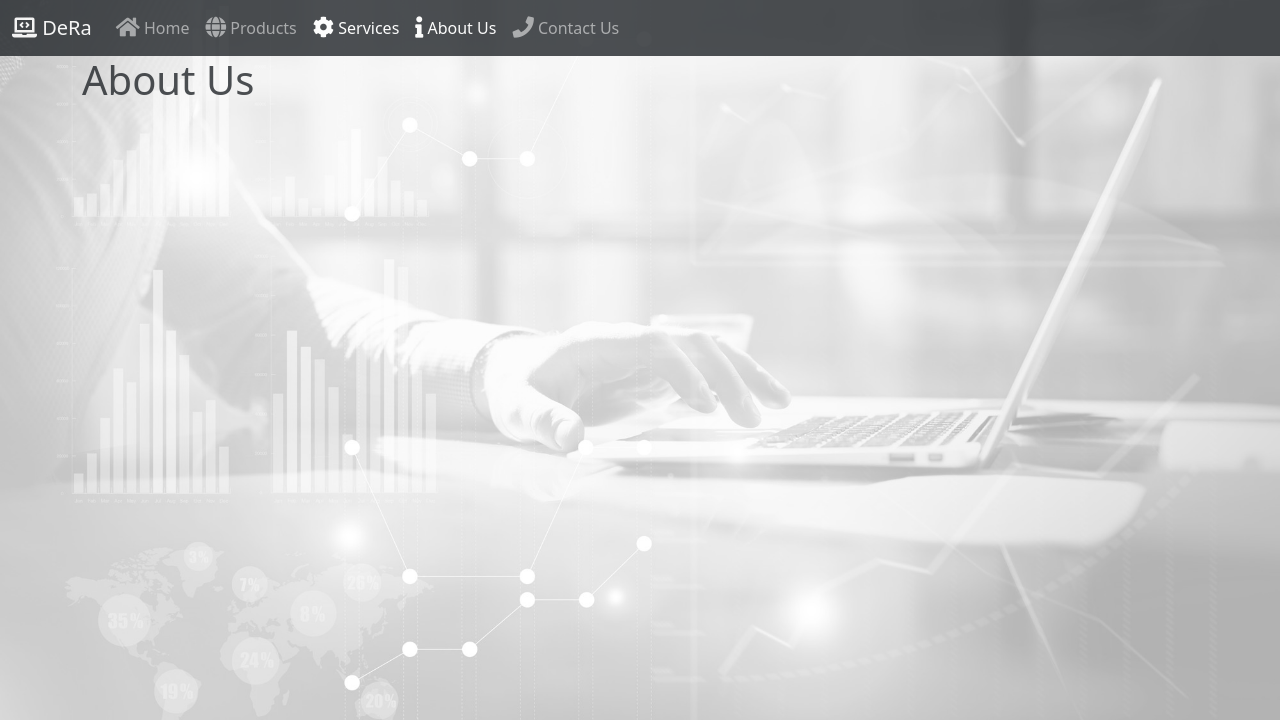
Repository: deividwsantoss/web6201-Lab1
Page: about.html
An editor plug-in stored every save of this project. The page is shown before and after the next save, followed by the edit.
The browser window is 1280 px wide. The pictures show the whole page.

Above is the page before, as saved 2021-02-02 23:15:17.
Console error: TypeError: Cannot set properties of null (setting 'textContent')

### about.html
<!DOCTYPE html>
<html lang="en">
<head>
    <meta charset="UTF-8">
    <meta name="viewport" content="width=device-width, initial-scale=1.0">
    <title>About</title>
</head>
<!-- CSS SECTION-->
<link rel="stylesheet" href="./node_modules/bootstrap/dist/css/bootstrap.min.css">
<link rel="stylesheet" href="./node_modules/@fortawesome/fontawesome-free/css/all.min.css">
<link rel="stylesheet" href="./Content/app.css">

<body class="aboutus">
    <!-- Main Header-->
    <header>
        <nav class="navbar navbar-expand-lg navbar-dark bg-dark">
            <div class="container-fluid">
              <a class="navbar-brand" href="Index.html"><i class="fas fa-laptop-code"></i> DeRa</a>
              <button class="navbar-toggler" type="button" data-bs-toggle="collapse" data-bs-target="#navbarSupportedContent" aria-controls="navbarSupportedContent" aria-expanded="false" aria-label="Toggle navigation">
                <span class="navbar-toggler-icon"></span>
              </button>
              <div class="collapse navbar-collapse" id="navbarSupportedContent">
                <ul class="navbar-nav ml-auto mb-2 mb-lg-0">
                  <li class="nav-item">
                    <a class="nav-link " aria-current="page" href="Index.html"><i class="fas fa-home fa-lg"></i> Home</a>
                  </li>
                  <li class="nav-item">
                    <a class="nav-link" aria-current="page" href="products.html"><i class="fas fa-globe fa-lg"></i> Products</a>
                  </li>
                  <li class="nav-item">
                    <a class="nav-link active" aria-current="page" href="services.html"><i class="fas fa-cog fa-lg"></i> Services</a>
                  </li>
                  <li class="nav-item">
                    <a class="nav-link active" aria-current="page" href="about.html"><i class="fas fa-info fa-lg"></i> About Us</a>
                  </li>
                  <li class="nav-item">
                    <a class="nav-link" aria-current="page" href="contact.html"><i class="fas fa-phone fa-lg"></i> Contact Us</a>
                  </li>

                </ul>

              </div>
            </div>
          </nav>

    </header>


    <!-- Main Content-->
        <main class="container">
            <h1>About Us</h1>
        </main>

    <!--- Script Section-->
    <script src="./node_modules/bootstrap/dist/js/bootstrap.bundle.min.js"></script>
    <script src="./node_modules/jquery/dist/jquery.min.js"></script>
    <script src="./Scripts/app.js"></script>
</body>

</html>

### Content/app.css
/* Custom CSS goes here */
body,html{
    height: 100%;
    margin: 0;
}
.bg{
    background-image: url("Background-White.jpg");
    background-repeat: no-repeat;
    background-size: cover;
    background-position: center;
    opacity: 0.8;
}

.contactimage{
    background-image:url("contactimg.jpg");
    background-repeat: no-repeat;
    background-size: cover;
    background-position: center;
    opacity: 0.8;
}
.productsbg {
    background-image:url("productsbg.jpg");
    background-repeat: no-repeat;
    background-size: cover;
    background-position: center;
    opacity: 0.8;
}

.servicesbackgroud{
    background-image:url("services.jpg");
    background-repeat: no-repeat;
    background-size: cover;
    background-position: center;
    opacity: 0.8;
}
.aboutus{
    background-image:url("bgimage.jpg");
    background-repeat: no-repeat;
    background-size: cover;
    background-position: center;
    opacity: 0.8;
}

h1,p{
    height: 200px;
    position: relative;

}

### Scripts/app.js
/* Custom JavaScript goes here */


"use strict";

(function(){

    function displayHome(){
        let paragraphOneText = "Welcome to DeRa Development Website for WebD6201 \t\ Welcome";
        let paragraphOneElement = document.getElementById("paragraphOne");

        paragraphOneElement.textContent = paragraphOneText;
    }
    function displayAbout(){

    }
    function displayProducts(){

    }
    function displayServices(){

    }
    function displayContact(){

        let messageArea = document.getElementById("messageArea");
        messageArea.hidden = true;

        //Form Validation...

        let fullName = document.getElementById("fullName");
        fullName.addEventListener("blur", function(){
            if(fullName.value.length < 2){
                fullName.focus;
                fullName.select();
                messageArea.hidden = false;
                messageArea.className = "alert alert-danger";
                messageArea.textContent = "Please, Enter an appropriate name."
            }
            else{
                messageArea.removeAttribute("Class");
                messageArea.hidden = true;
            }
        });

        let sendButton = document.getElementById("sendButton");
        sendButton.addEventListener("click", function(event){
            event.preventDefault();
        });
        //validating email

    }


    function Start(){
        console.log("App Start...");

        switch (document.title) {

            case 'Home':
                displayHome();
                break;
            case 'About':
                displayAbout();
                break;
            case 'Products':
                displayProducts();
                break;
            case 'Services':
                displayServices();
                break;
            case 'Contact':
                displayContact();
                break;

        }
        displayHome();

    }
    window.addEventListener("load",Start);

})();

Loaded but not shown: node_modules/bootstrap/dist/css/bootstrap.min.css (library); node_modules/@fortawesome/fontawesome-free/css/all.min.css (library); node_modules/bootstrap/dist/js/bootstrap.bundle.min.js (library); node_modules/jquery/dist/jquery.min.js (library)

After the next save:
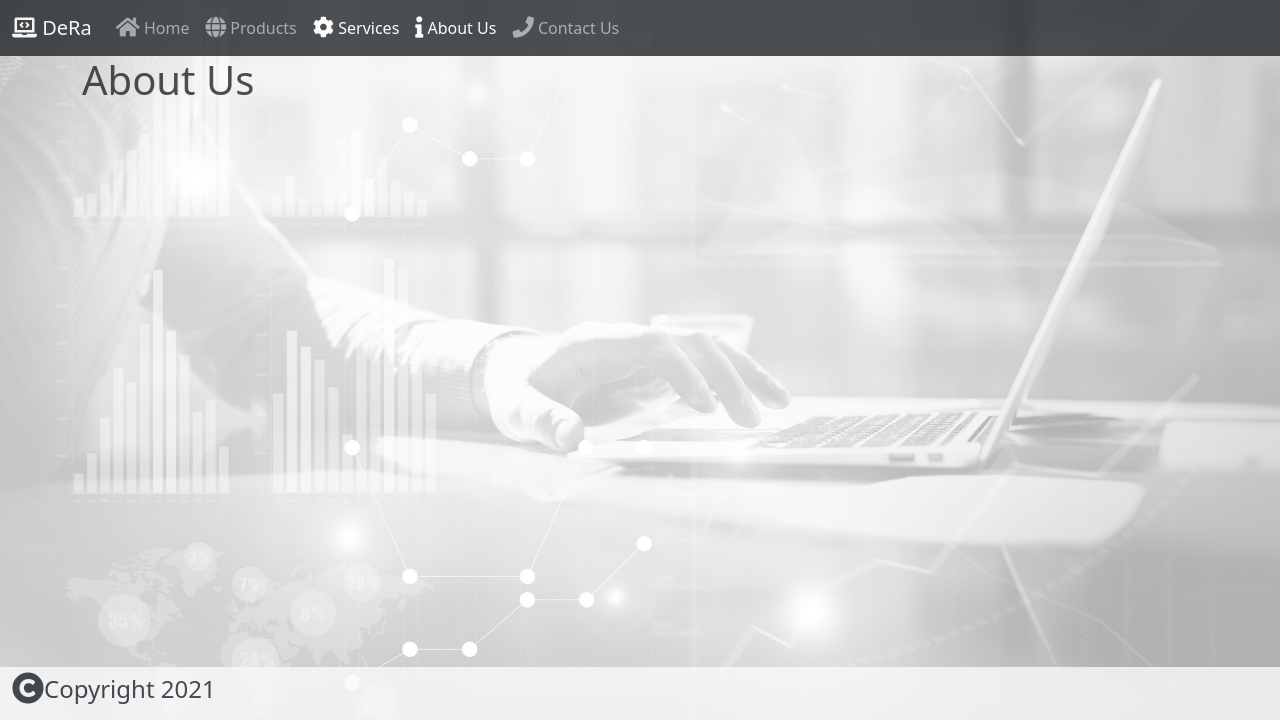
Saved 7 s later.
--- a/about.html
+++ b/about.html
@@ -50,7 +50,15 @@
         <main class="container">
             <h1>About Us</h1>
         </main>
+        <!-- Main Footer-->
+        <footer>
+          <nav class="navbar fixed-bottom navbar-light bg-light">
+              <div class="container-fluid">
+                  <h4><i class="fas fa-copyright fa-lg"></i>Copyright 2021 </h4>
+              </div>
+            </nav>
 
+      </footer>
     <!--- Script Section-->
     <script src="./node_modules/bootstrap/dist/js/bootstrap.bundle.min.js"></script>
     <script src="./node_modules/jquery/dist/jquery.min.js"></script>
